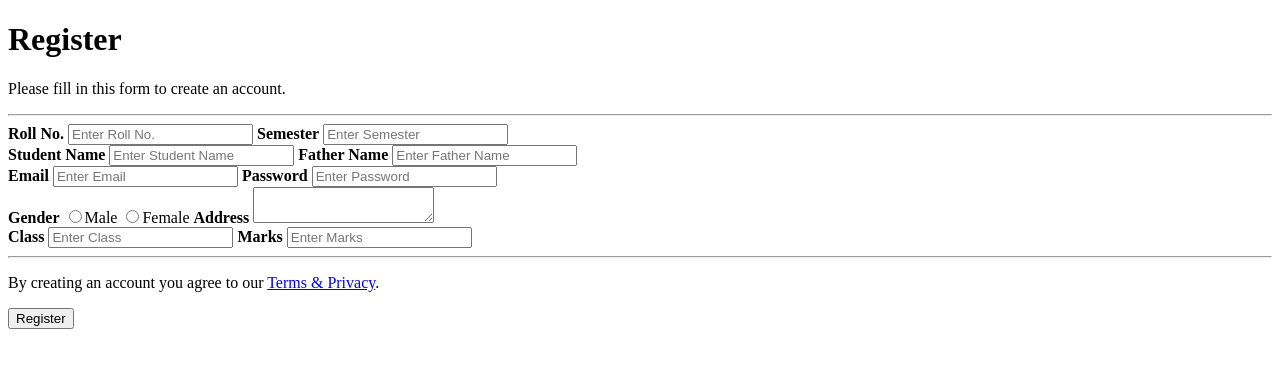
Repository: laxmichauhan/Student-Data-Insertion
Page: Application1/WebContent/register.html
An editor plug-in stored every save of this project. The page is shown before and after the next save, followed by the edit.
The browser window is 1280 px wide. The pictures show the whole page.

Above is the page before, as saved 2019-02-19 07:25:50.

### Application1/WebContent/register.html
<!DOCTYPE html>
<html>
<head>
<meta charset="ISO-8859-1">
<title>Insert title here</title>
</head>
<body>
<form action="Register">
  <div class="container">
    <h1>Register</h1>
    <p>Please fill in this form to create an account.</p>
    <hr>
     <label for="RollNo"><b>Roll No.</b></label>
    <input type="text" placeholder="Enter Roll No." name="rollno" required>

     <label for="Semester"><b>Semester</b></label>
    <input type="text" placeholder="Enter Semester" name="sem" required><br>

    <label for="Student Name"><b>Student Name</b></label>
    <input type="text" placeholder="Enter Student Name" name="name" required>

	<label for="Father Name"><b>Father Name</b></label>
    <input type="text" placeholder="Enter Father Name" name="fname" required><br>

    <label for="email"><b>Email</b></label>
    <input type="text" placeholder="Enter Email" name="email" required>

    <label for="psw"><b>Password</b></label>
    <input type="password" placeholder="Enter Password" name="psw" required><br>

    <label for="Gender"><b>Gender</b></label>
    <input type="radio" name="gender" value="Male"/>Male
     <input type="radio" name="gender" value="Female"/>Female

    <label for="Address"><b>Address</b></label>
    <textarea name="address"></textarea><br>

    <label for="Class"><b>Class</b></label>
    <input type="text" placeholder="Enter Class" name="class" required>

     <label for="Marks"><b>Marks</b></label>
    <input type="text" placeholder="Enter Marks" name="Marks" required><br>
    <hr>

    <p>By creating an account you agree to our <a href="#">Terms & Privacy</a>.</p>
    <button type="submit" class="registerbtn">Register</button>
  </div>
</form>
</form>

</body>
</html>

After the next save:
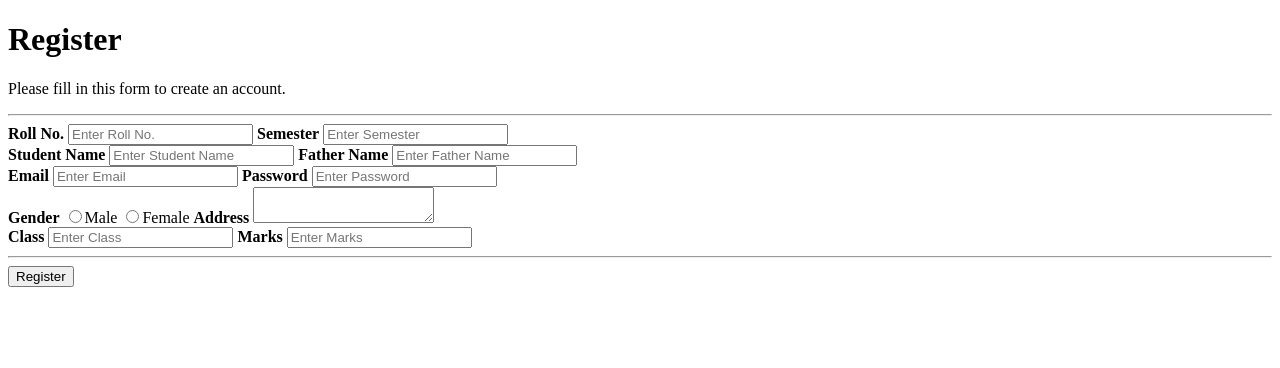
Saved 11 s later.
--- a/Application1/WebContent/register.html
+++ b/Application1/WebContent/register.html
@@ -41,8 +41,6 @@
      <label for="Marks"><b>Marks</b></label>
     <input type="text" placeholder="Enter Marks" name="Marks" required><br>
     <hr>
-
-    <p>By creating an account you agree to our <a href="#">Terms & Privacy</a>.</p>
     <button type="submit" class="registerbtn">Register</button>
   </div>
 </form>
